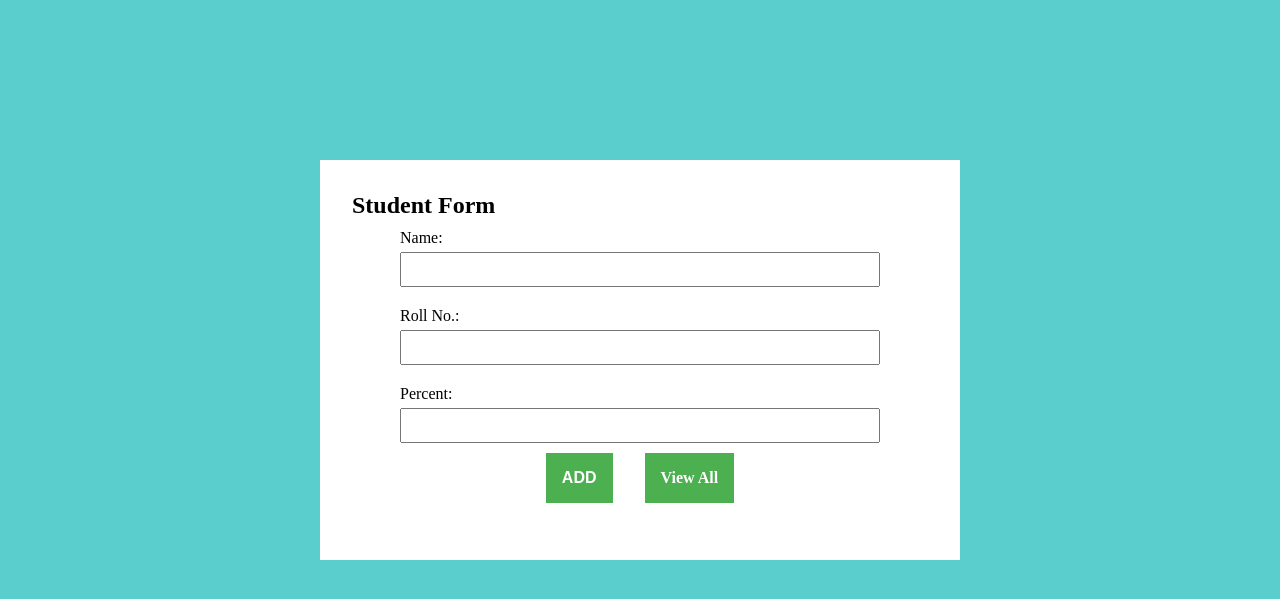
Repository: deeptimahisare1206/Todo_List
Page: http://localhost/Hib_Nest/
The author's editor kept a copy of each file at every save. The page is drawn from the files as they stood at one save, then again after the next save.
The browser window is 1280 px wide. The pictures show the whole page.
The page is served by Tomcat 10. Other server files are loaded and not shown.

Above is the page before, as saved 2024-11-17 16:15:51.

### Hib_Nest/src/main/webapp/index.jsp
<%@ page language="java" contentType="text/html; charset=UTF-8"
	pageEncoding="UTF-8"%>
<html>
<head>
<style>
*{
margin:0;
padding:0;
box-sizing: border-box;

}
body {
display:grid;
place-items:center;
	background-color: #5acdcd;
	gap: 2rem;
	height: 100vh;
}

.container{
padding:2rem;
	background-color: white;
	height: 25rem;
	width:50vw;
}

form {
    width: 30rem;
    margin: 0 auto;
}

label {
    display: block;
    margin: 10px 0 5px;
}

input[type="text"],
input[type="number"] {
    width: 100%;
    padding: 8px;
    margin-bottom: 10px;
}

input[type="submit"] ,a{
    background-color: #4CAF50;
    color: white;
    font-size:1rem;
    font-weight:bolder;
    padding: 1rem;
    border: none;
    cursor: pointer;
    text-decoration: none;
}

input[type="submit"]:hover {
    background-color: #45a049;
}
.btns{
width: 100%;
display: flex;
gap:2rem;
justify-content:center;
}
</style>
</head>
<body>
<div class="container">
	<h2>Student Form</h2>

	<form action="Register" method="get">
		<label>Name:</label><input type="text" name="name"><label>Roll
			No.: </label> <input type="number" name="roll"> <label>Percent:
		</label><input type="number" name="percent">
		<div class="btns"> <input type="submit"
			value="ADD">
			<a href="Display.jsp">View All</a></div>
	</form>
	</div>
</body>
</html>

After the next save:
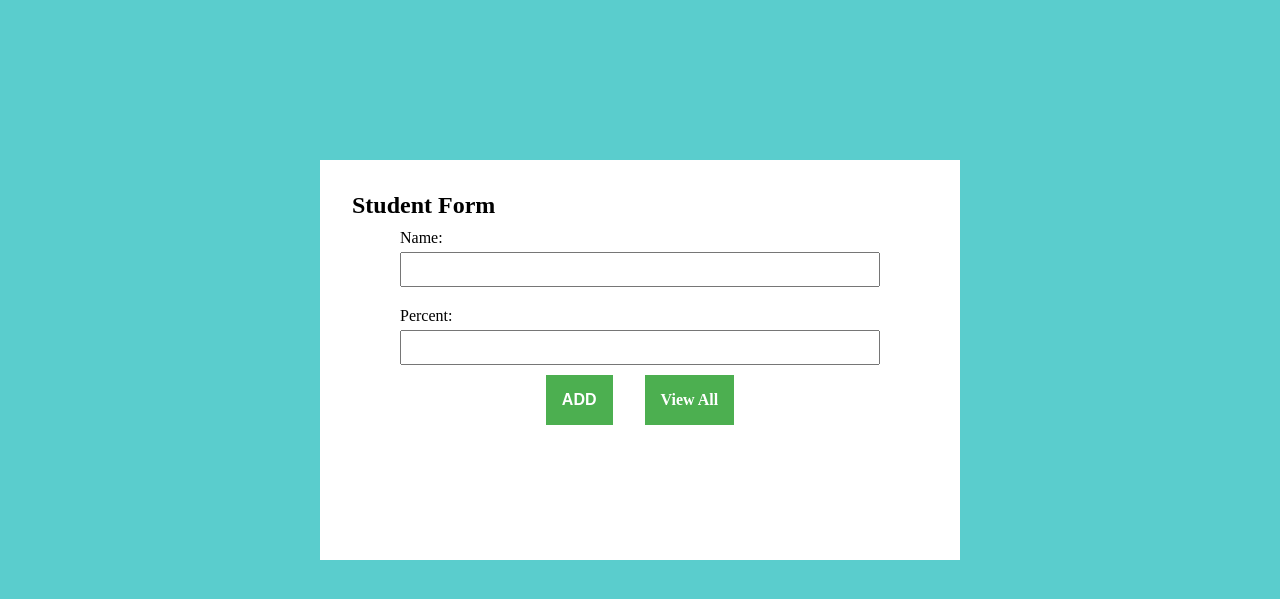
Saved 20 s later.
--- a/Hib_Nest/src/main/webapp/index.jsp
+++ b/Hib_Nest/src/main/webapp/index.jsp
@@ -68,8 +68,7 @@ justify-content:center;
 	<h2>Student Form</h2>
 
 	<form action="Register" method="get">
-		<label>Name:</label><input type="text" name="name"><label>Roll
-			No.: </label> <input type="number" name="roll"> <label>Percent:
+		<label>Name:</label><input type="text" name="name"> <label>Percent:
 		</label><input type="number" name="percent">
 		<div class="btns"> <input type="submit"
 			value="ADD">
